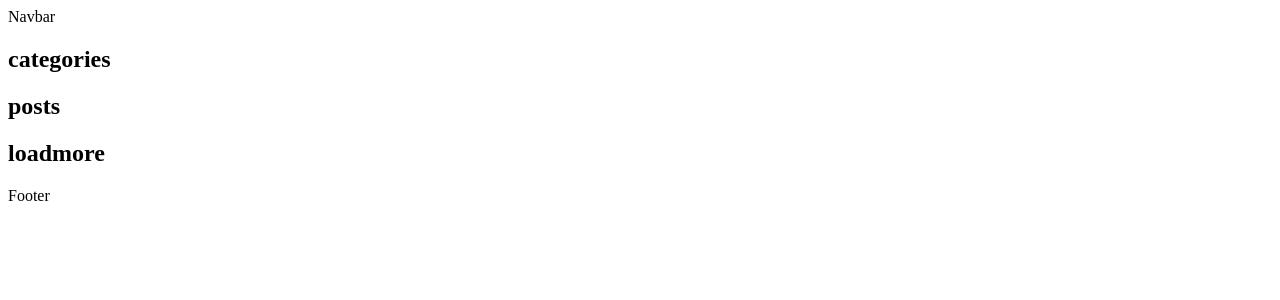
Repository: cicifuture/collectables
Page: /
An editor plug-in stored every save of this project. The page is shown before and after the next save, followed by the edit.
The browser window is 1280 px wide. The pictures show the whole page.
The project was rebuilt for these pictures with package versions that can differ from the ones it lists, and the page was loaded fresh each time. The framework's server and built-in components were replaced by stand-ins that run in the browser. Also part of the build but not shown: next.config.js.

Above is the page before, as saved 2023-09-26 14:37:32.

### app/layout.tsx
export const metadata = {
  title: 'Collectables',
  description: 'Collectables for al',
}

export default function RootLayout({
  children,
}: {
  children: React.ReactNode
}) {
  return (
    <html lang="en">
      <body>
        Navbar
        <main>
        {children}
        </main>
        Footer
        </body>
    </html>
  )
}

### app/page.tsx
const Home = () => {
    return (
        <section className="flex-start flex-col paddings mb-16">
            <h1>categories</h1>
            <h1>posts</h1>
            <h1>loadmore</h1>
        </section>
    )
}
export default Home;

Loaded but not shown: app/globals.css (common file); tailwind.config.ts (common file)

After the next save:
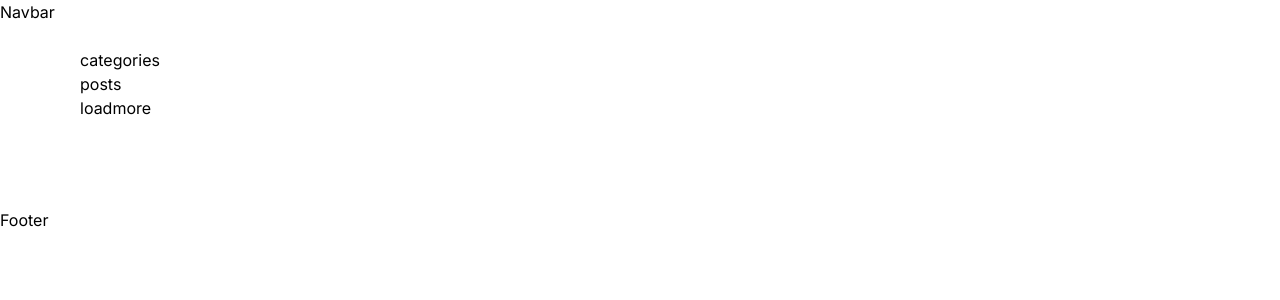
Saved 24 s later.
--- a/app/layout.tsx
+++ b/app/layout.tsx
@@ -1,3 +1,5 @@
+import './globals.css'
+
 export const metadata = {
   title: 'Collectables',
   description: 'Collectables for al',
